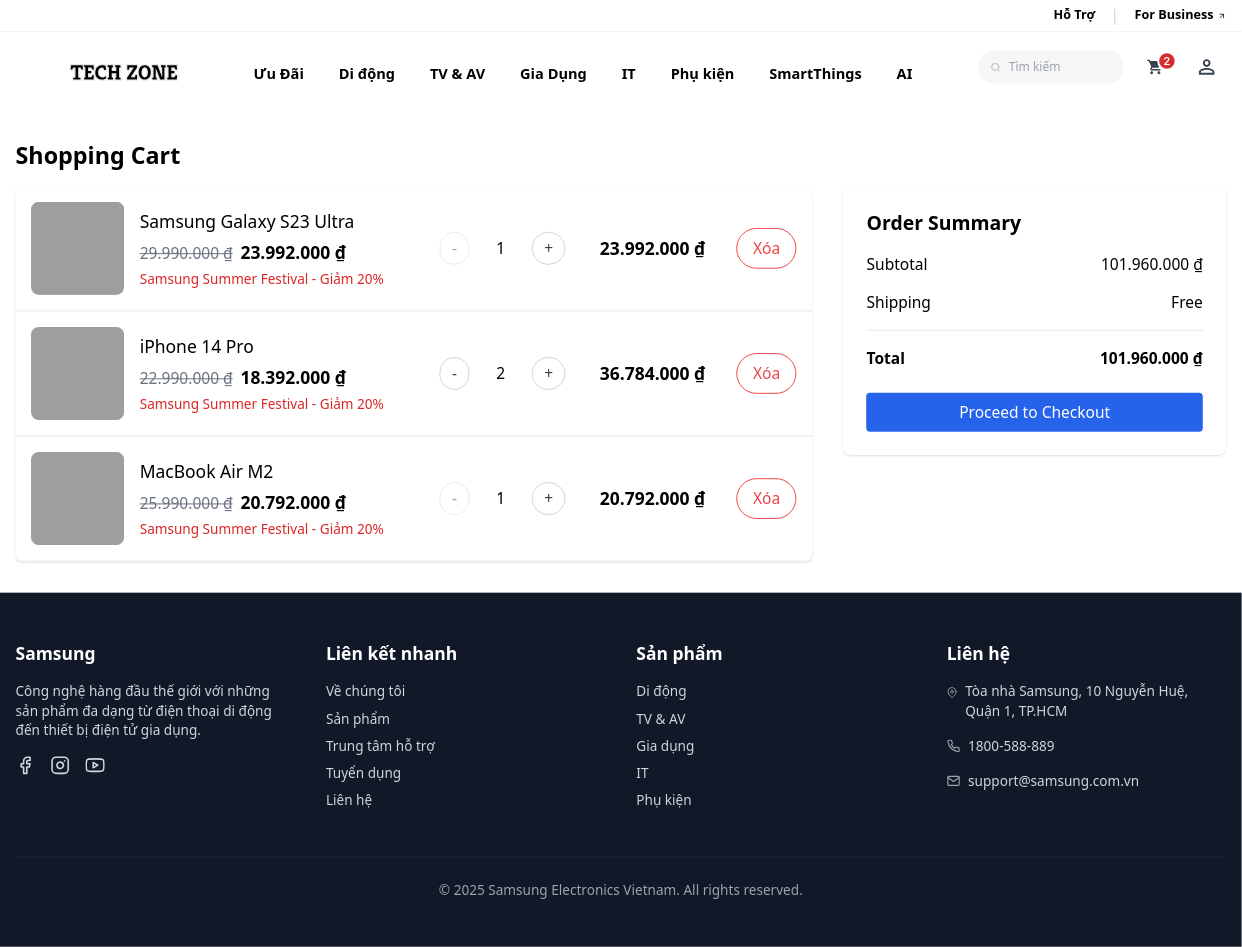
Repository: thtrunghau/ecommerce-ui-dacntt
Page: /cart
These files come from the project's save history. The page is drawn as it stood at one moment and after the next save; the edit follows.
The browser window is 1280 px wide. The pictures show the whole page, at 97% of full size.
Pictures or frames that could not be fetched are drawn as grey boxes. The project was rebuilt for these pictures with package versions that can differ from the ones it lists, and the page was loaded fresh each time. Also part of the build but not shown: vite.config.ts, src/components/shared/NavDropdown.tsx, src/store/authStore.ts, src/components/shared/UserMenu.tsx, src/components/common/RoundedButton.tsx, src/components/features/home/HeroSection.tsx, src/components/common/ProductCard.tsx, src/components/features/home/ProductsSection.tsx and 12 more.

Above is the page before, as saved 2025-06-13 03:49:20.

After the next save:
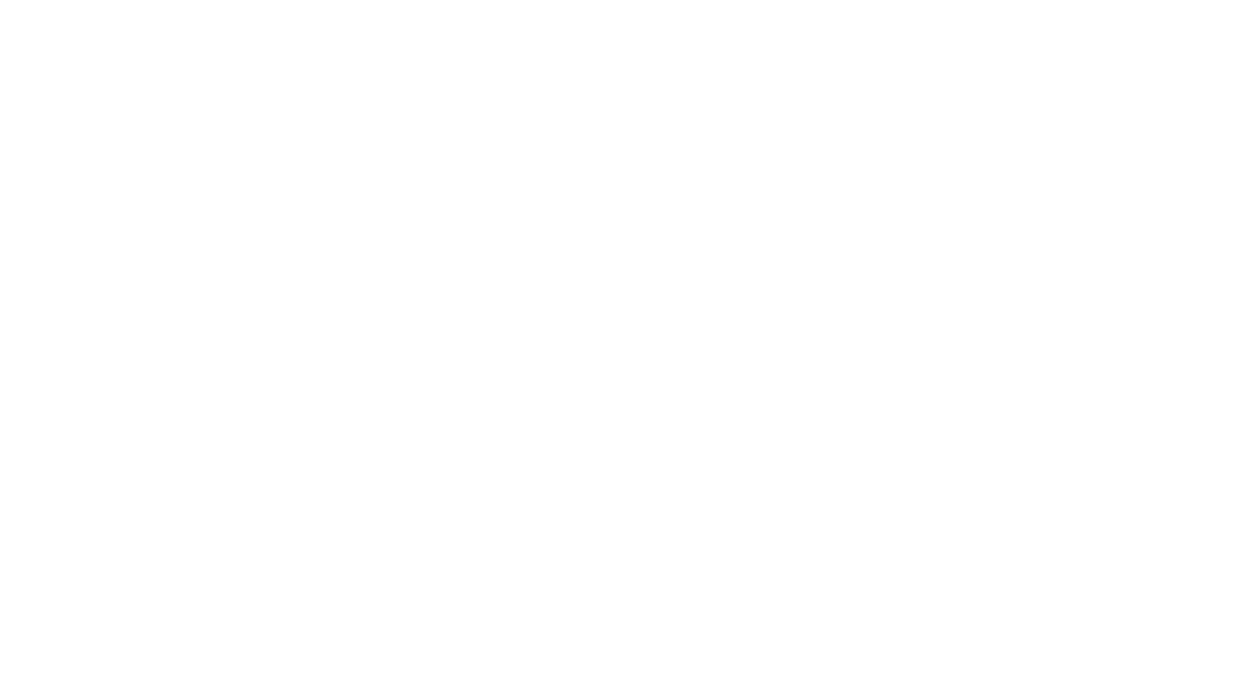
Console error: ReferenceError: getProductPriceInfo is not defined
Saved 49 s later.
--- a/src/pages/Cart.tsx
+++ b/src/pages/Cart.tsx
@@ -10,10 +10,11 @@
   const [loading] = useState(false);
 
   const calculateTotal = useCallback((items: CartItemResDto[]) => {
-    return items.reduce(
-      (sum, item) => sum + item.productPrice * item.quantity,
-      0,
-    );
+    return items.reduce((sum, item) => {
+      // Get promotion info for each item
+      const priceInfo = getProductPriceInfo(item.product.id, item.productPrice);
+      return sum + priceInfo.finalPrice * item.quantity;
+    }, 0);
   }, []);
 
   const handleQuantityChange = useCallback(
@@ -48,7 +49,7 @@
   if (loading) {
     return (
       <div className="container mx-auto px-4 py-8">
-        <p>Loading cart...</p>
+        <p>Đang tải giỏ hàng...</p>
       </div>
     );
   }
@@ -56,8 +57,8 @@
   if (!cart || cart.cartItems.length === 0) {
     return (
       <div className="container mx-auto px-4 py-8">
-        <h1 className="mb-4 text-2xl font-bold">Shopping Cart</h1>
-        <p>Your cart is empty</p>
+        <h1 className="mb-4 text-2xl font-bold">Giỏ hàng</h1>
+        <p>Giỏ hàng của bạn đang trống</p>
       </div>
     );
   }
@@ -66,7 +67,7 @@
 
   return (
     <div className="container mx-auto px-4 py-8">
-      <h1 className="mb-4 text-2xl font-bold">Shopping Cart</h1>
+      <h1 className="mb-4 text-2xl font-bold">Giỏ hàng</h1>
 
       <div className="grid grid-cols-1 gap-8 lg:grid-cols-3">
         {/* Cart Items */}
@@ -86,34 +87,37 @@
         {/* Order Summary */}
         <div className="lg:col-span-1">
           <div className="rounded-lg bg-white p-6 shadow">
-            <h2 className="mb-4 text-xl font-semibold">Order Summary</h2>
+            <h2 className="mb-4 text-xl font-semibold">Thông tin đơn hàng</h2>
 
             <div className="space-y-4">
               <div className="flex justify-between">
-                <span>Subtotal</span>
+                <span>Tạm tính</span>
                 <span>{formatPrice(total)}</span>
               </div>
 
               <div className="flex justify-between">
-                <span>Shipping</span>
-                <span>Free</span>
+                <span>Phí vận chuyển</span>
+                <span>Miễn phí</span>
               </div>
 
               <div className="border-t pt-4">
                 <div className="flex justify-between font-semibold">
-                  <span>Total</span>
+                  <span>Tổng tiền</span>
                   <span>{formatPrice(total)}</span>
                 </div>
+                <p className="mt-1 text-sm text-gray-500">
+                  (Đã bao gồm VAT nếu có)
+                </p>
               </div>
             </div>
 
             <button
-              className="mt-6 w-full rounded bg-blue-600 px-4 py-2 text-white hover:bg-blue-700"
+              className="mt-6 w-full rounded-full bg-black px-4 py-3 text-white transition-colors hover:bg-gray-800 hover:shadow-lg"
               onClick={() => {
                 /* TODO: Handle checkout */
               }}
             >
-              Proceed to Checkout
+              Tiến hành đặt hàng
             </button>
           </div>
         </div>

After the save that followed:
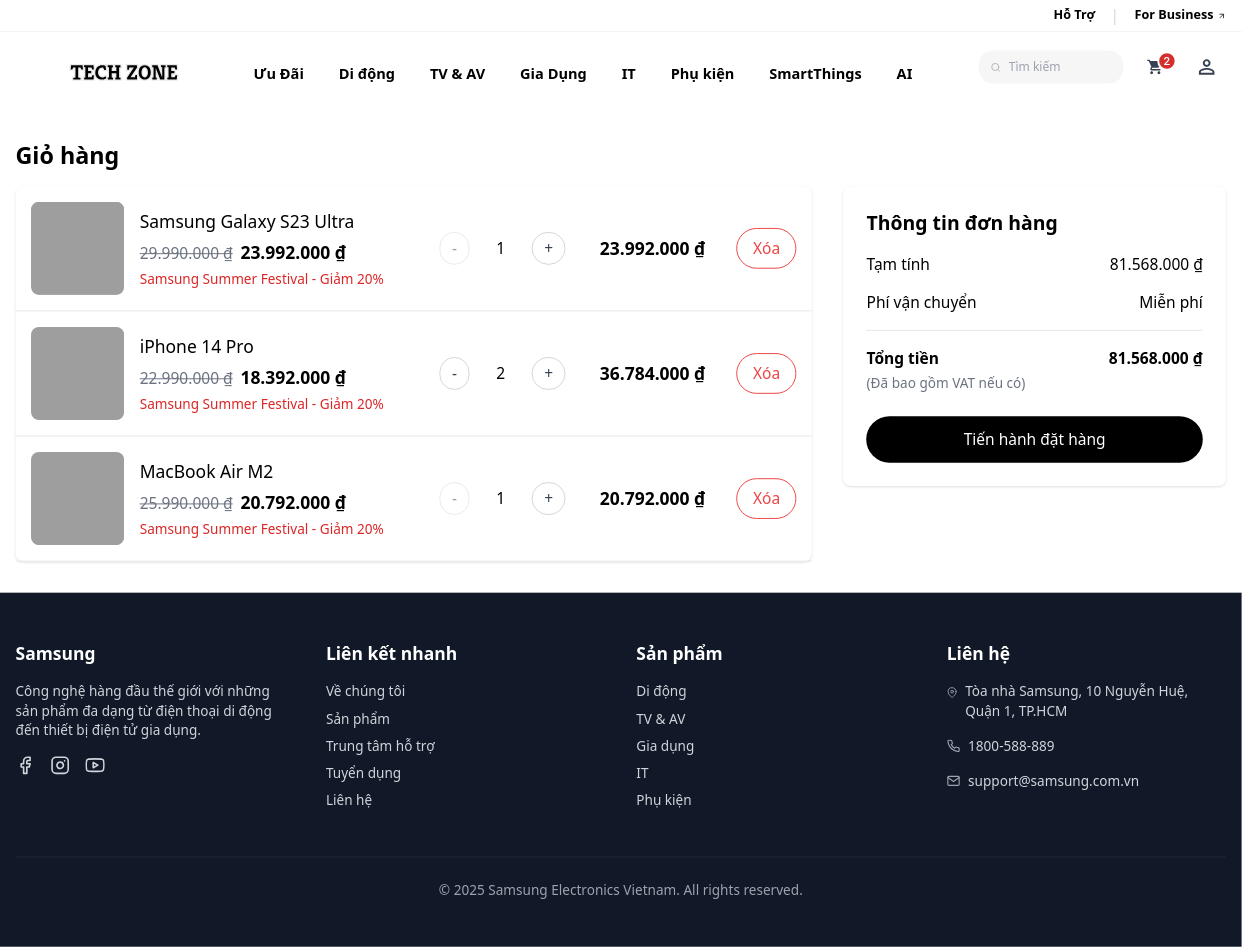
The error is gone.
Saved 15 s later.
--- a/src/pages/Cart.tsx
+++ b/src/pages/Cart.tsx
@@ -3,6 +3,7 @@
 import type { CartResDto, CartItemResDto } from "../types";
 import { formatPrice } from "../utils/formatPrice";
 import { mockCartData } from "../mockData/cartData";
+import { getProductPriceInfo } from "../utils/helpers";
 
 const CartPage: React.FC = () => {
   // Using mock data for UI testing
